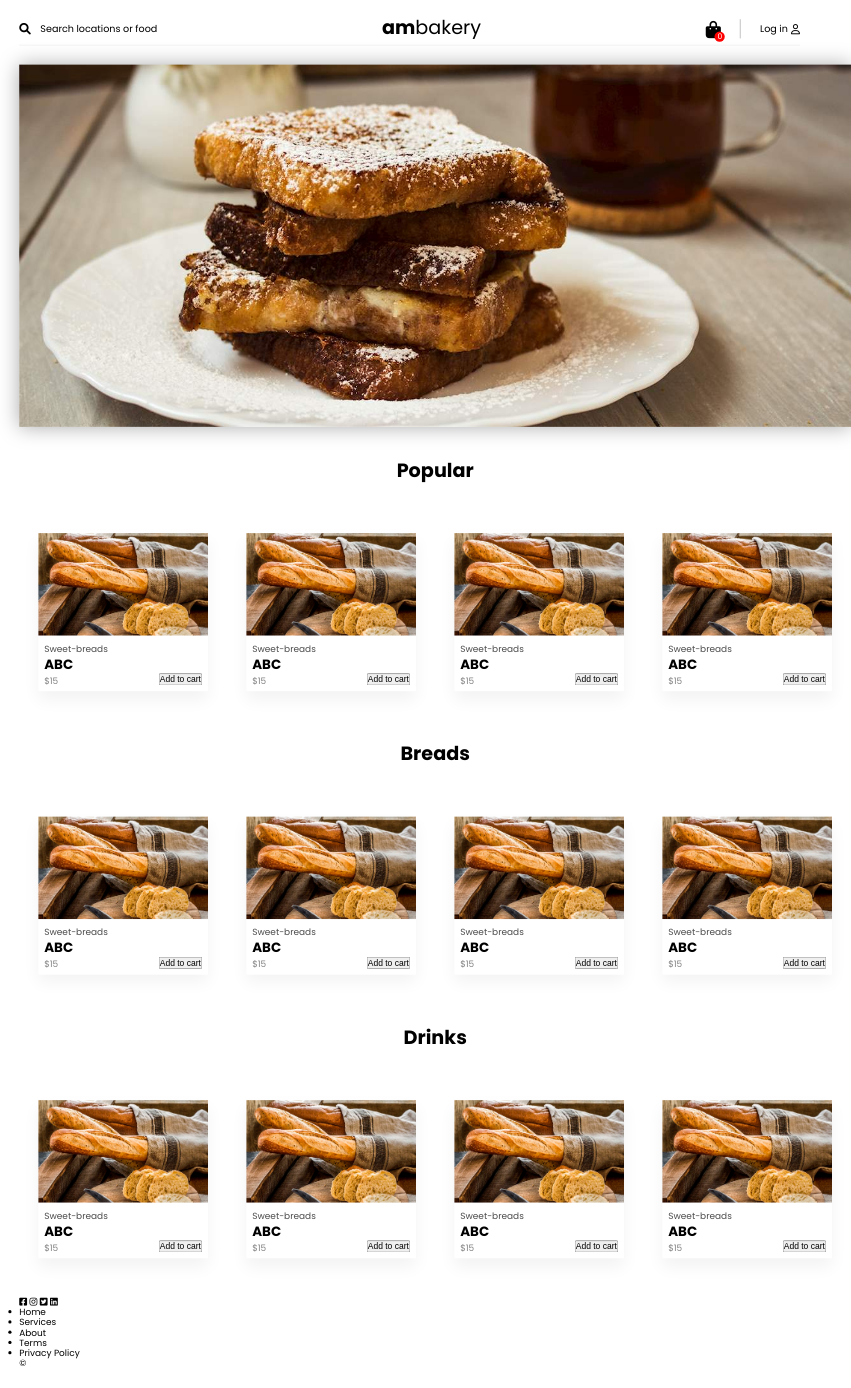
Repository: ntsanq/AmBakery
Page: khachhang/index.html
The author's editor kept a copy of each file at every save. The page is drawn from the files as they stood at one save, then again after the next save.
The browser window is 1280 px wide. The page is 1330 px wide, so the pictures cover 1330 px, including what lies to the right of the window. The pictures show the whole page, at 64% of full size.

Above is the page before, as saved 2021-12-11 15:49:32.

After the next save:
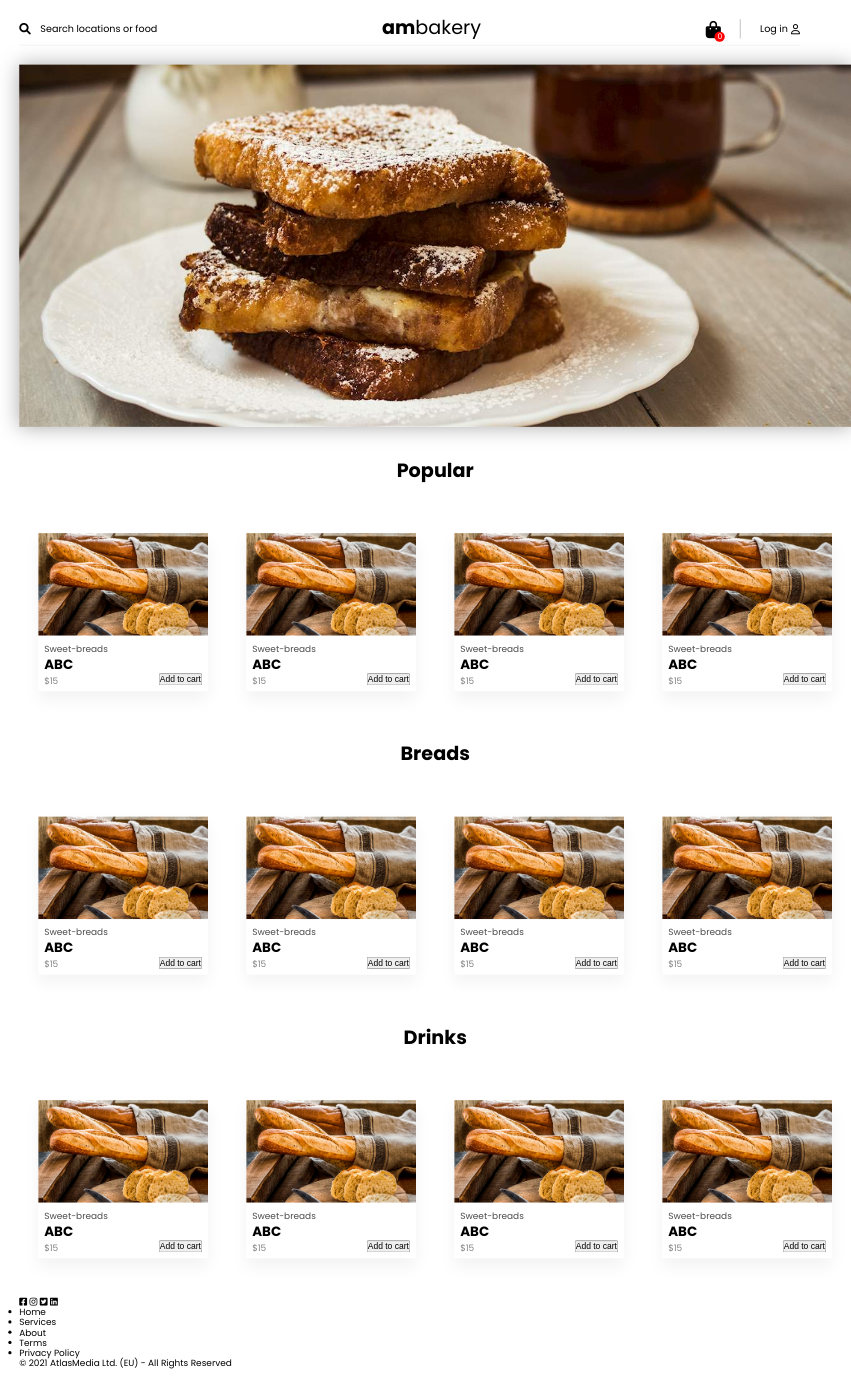
Saved 15 s later.
--- a/khachhang/index.html
+++ b/khachhang/index.html
@@ -395,7 +395,7 @@
         <li class="nav__list-item">Privacy Policy</li>
       </ul>
     </div>
-    <span>&copy;</span>
+    <span>&copy; 2021 AtlasMedia Ltd. (EU) - All Rights Reserved</span>
   </footer>
 </body>
 </html>
